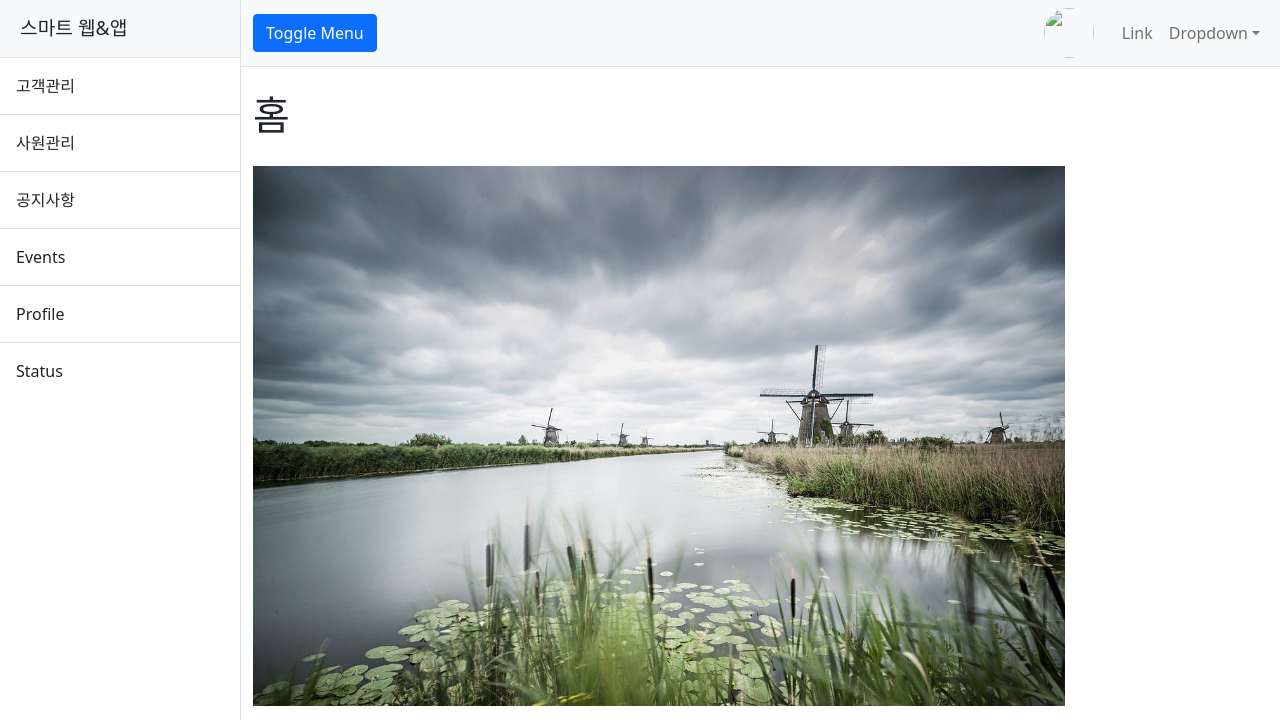
Repository: iwonhee/Study_Servlet
Page: http://localhost/web/index
An editor plug-in stored every save of this project. The page is shown before and after the next save, followed by the edit.
The browser window is 1280 px wide. The pictures show the whole page.
The page is served by Tomcat 9.

Above is the page before, as saved 2022-12-02 06:34:17.

After the next save:
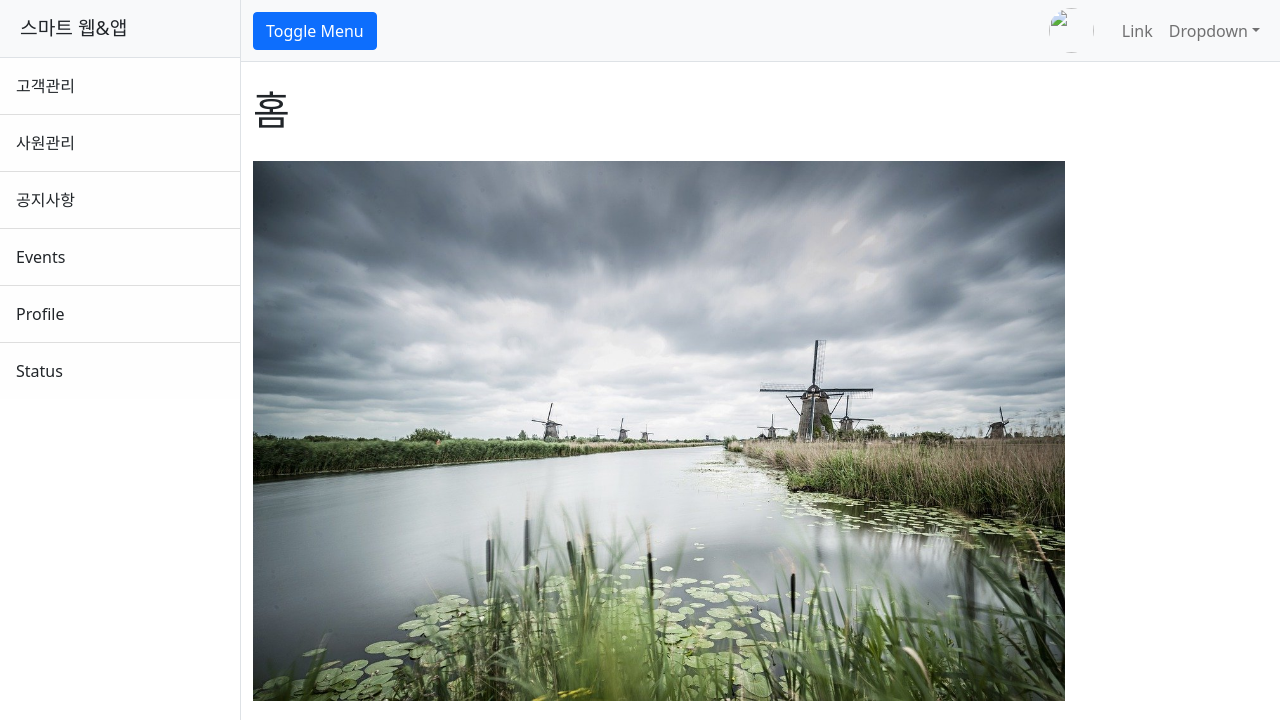
Saved 15 s later.
--- a/web/src/main/webapp/css/common.css
+++ b/web/src/main/webapp/css/common.css
@@ -49,8 +49,8 @@ select{
 	margin:0;
 }
 .profile{
-	width:50px;
-	height:50px;
+	width:45px;
+	height:45px;
 	object-fit : cover;
 	border-radius:50%;
 }
